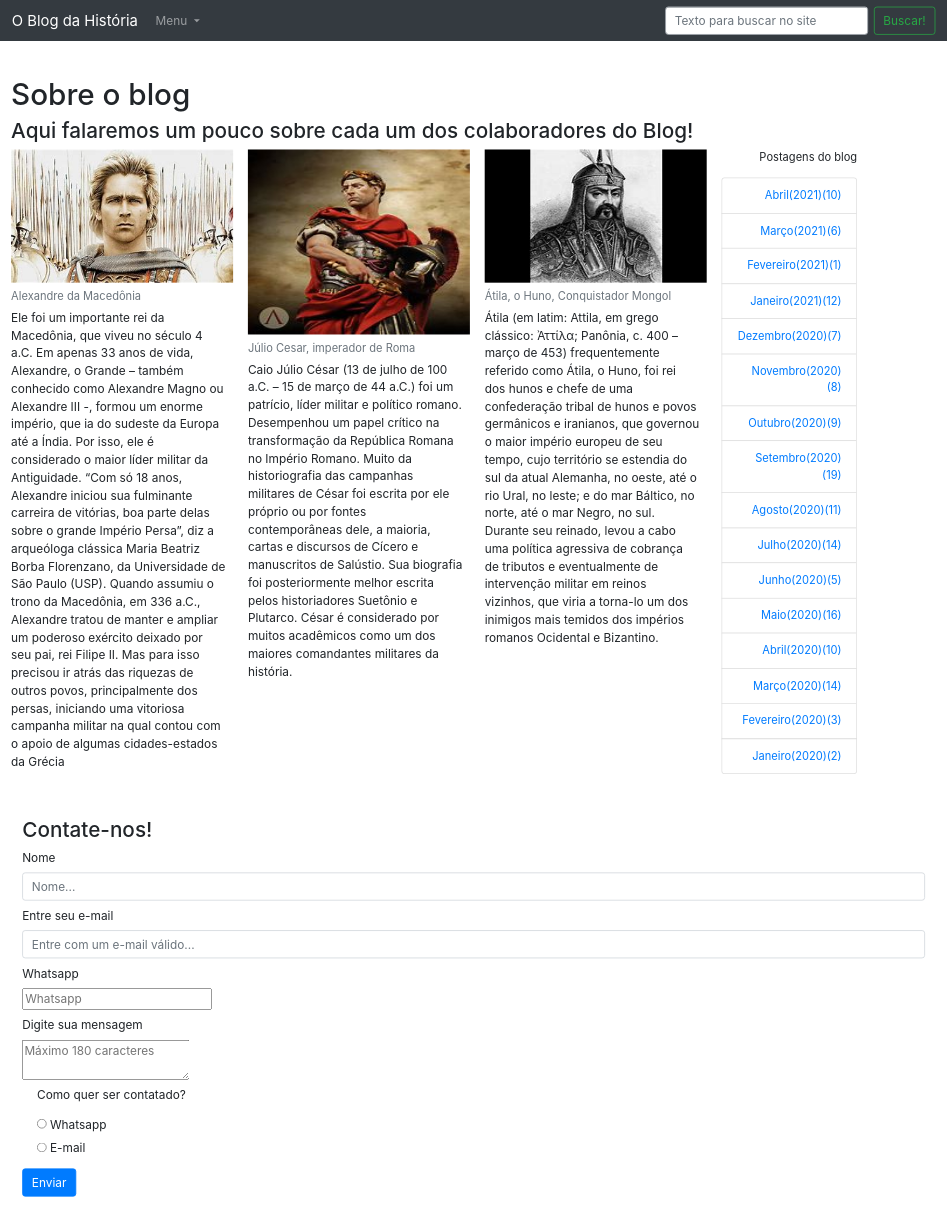
Repository: xhenrique/blog_layout_bootstrap
Page: source/sobre.html
These files come from the project's save history. The page is drawn as it stood at one moment and after the next save; the edit follows.
The browser window is 1280 px wide. The pictures show the whole page, at 74% of full size.

Above is the page before, as saved 2021-04-25 16:48:21.

### source/sobre.html
<!DOCTYPE html>
<html lang="pt-br">
  <head>
    <meta charset="utf-8">
    <!-- Meta tags Obrigatórias , initial-scale=1, shrink-to-fit=no -->

    <meta name="viewport" content="width=device-width">

    <!-- Bootstrap CSS -->
    <link rel="stylesheet" href="https://stackpath.bootstrapcdn.com/bootstrap/4.1.3/css/bootstrap.min.css" integrity="sha384-MCw98/SFnGE8fJT3GXwEOngsV7Zt27NXFoaoApmYm81iuXoPkFOJwJ8ERdknLPMO" crossorigin="anonymous">
    <title>O Blog da História</title>
  </head>
  <body>
    <nav class="navbar navbar-expand-md navbar-dark bg-dark sticky-top">
        <a class = "navbar-brand" href="index.html">O Blog da História</a>

        <!--Especificações do que é cada um dos atributos!!!!!
            "aria-controls": define a relação entre os elementos, um elemento é pai e o outro filho, deve ser definido no pai, relacionando o filho;
            "data-target" : Define o que será exibido quando clicar na opção do menu;
            "data-toggle" : o que vai acontecer quando eu clicar em cima do botão, collapse, por exemplo, faz o botão expandir e retrair as opções;
            "aria-expanded" : Flag para o navegador informando que o elemento não está expandido;
            "aria-label" : é usado para definir uma string na tag do elemento atual.
        -->
        <button title="Menu" class="navbar-toggler" type="button" data-toggle="collapse" data-target="#navbarCfg" aria-controls="navbarCfg">
            <span class="navbar-toggler-icon"></span>
        </button>
        <div class="collapse navbar-collapse" id="navbarCfg">
            <ul class="navbar-nav mr-auto">
                <a class="nav-link dropdown-toggle" href="#" id="navbarDropdown" role="button" data-toggle="dropdown" aria-haspopup="true" aria-expanded="false">
                Menu
                </a>
                <div class="dropdown-menu" aria-labelledby="navbarDropdown">
                <a class="dropdown-item" href="index.html">Início</a>
                <a class="dropdown-item" href="sobre.html">Sobre</a>
                <div class="dropdown-divider"></div>
                <p style="text-align: left; padding-left: 10px;"> Criado por: José Xavier<br/>UFPA - 2021</p>
                </div>
            </ul>
            <form class="form-inline my-2 my-lg-0">
            <input class="form-control mr-sm-2" type="search" placeholder="Texto para buscar no site" aria-label="Search">
            <button class="btn btn-outline-success my-2 my-sm-0" type="submit">Buscar!</button>
            </form>
        </div>
    </nav>

    <div class="container-fluid" id="sobreContainer">
        <div id="sobre_o_blog" class="text-left">
            <br/>
            <br/>
            <h1>Sobre o blog</h1>
            <h3>Aqui falaremos um pouco sobre cada um dos colaboradores do Blog!</h3>
        </div>
        <div class="row d-flex">
            <div class="col-md-3">
                <img class="figure-img" src="../img/alexandre.jpg" alt="Xandão"  style="height: 180px; width: 300px">
                <figcaption class="figure-caption" style="font-size: 15px; margin-bottom: 5px;">
                    Alexandre da Macedônia
                </figcaption>
                <p>Ele foi um importante rei da Macedônia, que viveu no século 4 a.C. Em apenas 33 anos de vida, Alexandre, o Grande – também conhecido como Alexandre Magno ou Alexandre III -, formou um enorme império, que ia do sudeste da Europa até a Índia. Por isso, ele é considerado o maior líder militar da Antiguidade. “Com só 18 anos, Alexandre iniciou sua fulminante carreira de vitórias, boa parte delas sobre o grande Império Persa”, diz a arqueóloga clássica Maria Beatriz Borba Florenzano, da Universidade de São Paulo (USP). Quando assumiu o trono da Macedônia, em 336 a.C., Alexandre tratou de manter e ampliar um poderoso exército deixado por seu pai, rei Filipe II. Mas para isso precisou ir atrás das riquezas de outros povos, principalmente dos persas, iniciando uma vitoriosa campanha militar na qual contou com o apoio de algumas cidades-estados da Grécia</p>
            </div>
            <div class="col-md-3">
                <img class="figure-img" src="../img/th.jfif" alt="imperador" style="height: 250px; width: 300px">
                <figcaption class="figure-caption" style="font-size: 15px; margin-bottom: 5px;">
                    Júlio Cesar, imperador de Roma
                </figcaption>
                <p>Caio Júlio César (13 de julho de 100 a.C. – 15 de março de 44 a.C.) foi um patrício, líder militar e político romano. Desempenhou um papel crítico na transformação da República Romana no Império Romano. Muito da historiografia das campanhas militares de César foi escrita por ele próprio ou por fontes contemporâneas dele, a maioria, cartas e discursos de Cícero e manuscritos de Salústio. Sua biografia foi posteriormente melhor escrita pelos historiadores Suetônio e Plutarco. César é considerado por muitos acadêmicos como um dos maiores comandantes militares da história.</p>
            </div>
            <div class="col-md-3">
                <img class="figure-img" src="../img/atila.jpg" alt="o_huno" style="height: 180px; width: 300px">
                <figcaption class="figure-caption" style="font-size: 15px; margin-bottom: 5px;">
                        Átila, o Huno, Conquistador Mongol
                </figcaption>
                <p>Átila (em latim: Attila, em grego clássico: Ἀττίλα; Panônia, c. 400 – março de 453) frequentemente referido como Átila, o Huno, foi rei dos hunos e chefe de uma confederação tribal de hunos e povos germânicos e iranianos, que governou o maior império europeu de seu tempo, cujo território se estendia do sul da atual Alemanha, no oeste, até o rio Ural, no leste; e do mar Báltico, no norte, até o mar Negro, no sul. Durante seu reinado, levou a cabo uma política agressiva de cobrança de tributos e eventualmente de intervenção militar em reinos vizinhos, que viria a torna-lo um dos inimigos mais temidos dos impérios romanos Ocidental e Bizantino.</p>
            </div>
                <div class="col-md-2">
                    <div class="text-right" style="font-size: 15px;">
                        <p>Postagens do blog</p>
                        <ul class="list-group">
                            <!--Javascript provavelmente entraria aqui, iterando sobre uma lista/matriz e exibindo a quantida de postagens por mês/ano-->
                            <li class="list-group-item"><a href="">Abril(2021)(10)</a></li>
                            <li class="list-group-item"><a href="">Março(2021)(6)</a></li>
                            <li class="list-group-item"><a href="">Fevereiro(2021)(1)</a></li>
                            <li class="list-group-item"><a href="">Janeiro(2021)(12)</a></li>
                            <li class="list-group-item"><a href="">Dezembro(2020)(7)</a></li>
                            <li class="list-group-item"><a href="">Novembro(2020)(8)</a></li>
                            <li class="list-group-item"><a href="">Outubro(2020)(9)</a></li>
                            <li class="list-group-item"><a href="">Setembro(2020)(19)</a></li>
                            <li class="list-group-item"><a href="">Agosto(2020)(11)</a></li>
                            <li class="list-group-item"><a href="">Julho(2020)(14)</a></li>
                            <li class="list-group-item"><a href="">Junho(2020)(5)</a></li>
                            <li class="list-group-item"><a href="">Maio(2020)(16)</a></li>
                            <li class="list-group-item"><a href="">Abril(2020)(10)</a></li>
                            <li class="list-group-item"><a href="">Março(2020)(14)</a></li>
                            <li class="list-group-item"><a href="">Fevereiro(2020)(3)</a></li>
                            <li class="list-group-item"><a href="">Janeiro(2020)(2)</a></li>
                        </ul>
                    </div>
                </div>
        </div>
        <div class="container-fluid" id="contatoContainer">
            <form>
                <br/>
                <br/>

                <h3>
                    Contate-nos!
                </h3>
                <div class="mb-2">
                    <label for="nameInput" class="form-label">Nome</label>
                    <input type="text" placeholder="Nome..." class="form-control" id="nameInput"  required>
                </div>
                <div class="mb-2">
                    <label for="inputEmail" class="form-label">Entre seu e-mail</label>
                    <input type="email" placeholder="Entre com um e-mail válido..." class="form-control" id="inputEmail"  required>
                </div>
                <div class="mb-2">
                    <label for="wppInput" class="form-label">Whatsapp</label>
                    <input type="tel" placeholder="Whatsapp" class="form-inline" id="wppInput">
                </div>
                <div class="mb-2">
                    <label for="msgInput" class="form-label">Digite sua mensagem</label>
                    <textarea type="text" placeholder="Máximo 180 caracteres" maxlength="180" class="form-inline" id="msgInput"></textarea>
                </div>
                <div class="mb-2 form-check">
                    <p>Como quer ser contatado?</p>
                    <input type="radio" id="wpp" name="whatsapp" value="Whatsapp">
                    <label for="wpp">Whatsapp</label><br>
                    <input type="radio" id="e-mail" name="email" value="E-mail">
                    <label for="e-mail">E-mail</label><br>
                </div>
                <button class="btn btn-primary" type="submit" aria-label="btnSubmmit">Enviar</button>
                <br>
                <br>
                <br>
            </form>
        </div>
    </div>


    <!-- JavaScript (Opcional) -->
    <!-- jQuery primeiro, depois Popper.js, depois Bootstrap JS -->
    <script src="https://code.jquery.com/jquery-3.3.1.slim.min.js" integrity="sha384-q8i/X+965DzO0rT7abK41JStQIAqVgRVzpbzo5smXKp4YfRvH+8abtTE1Pi6jizo" crossorigin="anonymous"></script>
    <script src="https://cdnjs.cloudflare.com/ajax/libs/popper.js/1.14.3/umd/popper.min.js" integrity="sha384-ZMP7rVo3mIykV+2+9J3UJ46jBk0WLaUAdn689aCwoqbBJiSnjAK/l8WvCWPIPm49" crossorigin="anonymous"></script>
    <script src="https://stackpath.bootstrapcdn.com/bootstrap/4.1.3/js/bootstrap.min.js" integrity="sha384-ChfqqxuZUCnJSK3+MXmPNIyE6ZbWh2IMqE241rYiqJxyMiZ6OW/JmZQ5stwEULTy" crossorigin="anonymous"></script>
  </body>
</html>

After the next save:
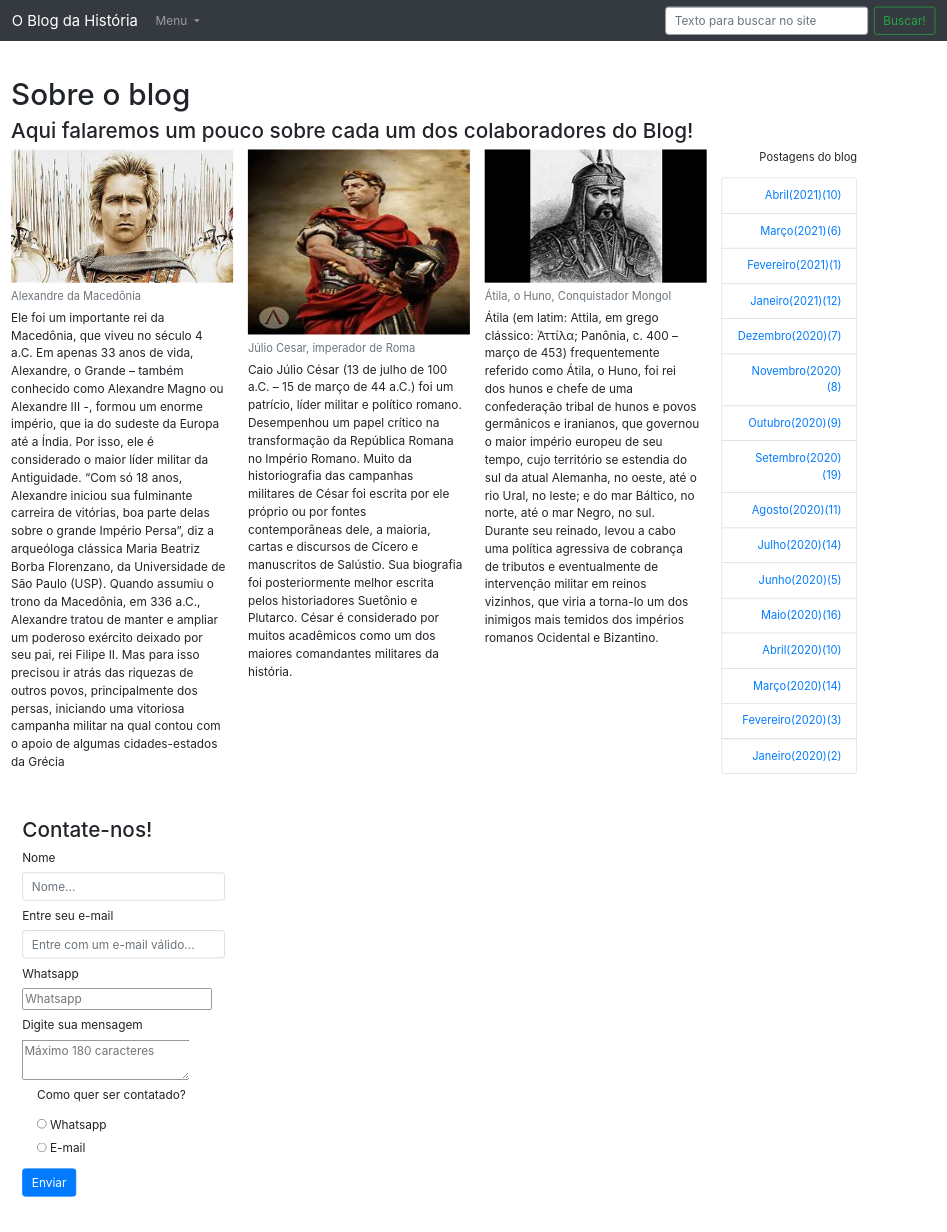
Saved 3 min 3 s later.
--- a/source/sobre.html
+++ b/source/sobre.html
@@ -98,41 +98,45 @@
                 </div>
         </div>
         <div class="container-fluid" id="contatoContainer">
-            <form>
-                <br/>
-                <br/>
+            <div class="row d-flex">
+                <form>
+                    <div class="col">
+                        <br/>
+                        <br/>
 
-                <h3>
-                    Contate-nos!
-                </h3>
-                <div class="mb-2">
-                    <label for="nameInput" class="form-label">Nome</label>
-                    <input type="text" placeholder="Nome..." class="form-control" id="nameInput"  required>
-                </div>
-                <div class="mb-2">
-                    <label for="inputEmail" class="form-label">Entre seu e-mail</label>
-                    <input type="email" placeholder="Entre com um e-mail válido..." class="form-control" id="inputEmail"  required>
-                </div>
-                <div class="mb-2">
-                    <label for="wppInput" class="form-label">Whatsapp</label>
-                    <input type="tel" placeholder="Whatsapp" class="form-inline" id="wppInput">
-                </div>
-                <div class="mb-2">
-                    <label for="msgInput" class="form-label">Digite sua mensagem</label>
-                    <textarea type="text" placeholder="Máximo 180 caracteres" maxlength="180" class="form-inline" id="msgInput"></textarea>
-                </div>
-                <div class="mb-2 form-check">
-                    <p>Como quer ser contatado?</p>
-                    <input type="radio" id="wpp" name="whatsapp" value="Whatsapp">
-                    <label for="wpp">Whatsapp</label><br>
-                    <input type="radio" id="e-mail" name="email" value="E-mail">
-                    <label for="e-mail">E-mail</label><br>
-                </div>
-                <button class="btn btn-primary" type="submit" aria-label="btnSubmmit">Enviar</button>
-                <br>
-                <br>
-                <br>
-            </form>
+                        <h3>
+                            Contate-nos!
+                        </h3>
+                        <div class="mb-2">
+                            <label for="nameInput" class="form-label">Nome</label>
+                            <input type="text" placeholder="Nome..." class="form-control" id="nameInput"  required>
+                        </div>
+                        <div class="mb-2">
+                            <label for="inputEmail" class="form-label">Entre seu e-mail</label>
+                            <input type="email" placeholder="Entre com um e-mail válido..." class="form-control" id="inputEmail"  required>
+                        </div>
+                        <div class="mb-2">
+                            <label for="wppInput" class="form-label">Whatsapp</label>
+                            <input type="tel" placeholder="Whatsapp" class="form-inline" id="wppInput">
+                        </div>
+                        <div class="mb-2">
+                            <label for="msgInput" class="form-label">Digite sua mensagem</label>
+                            <textarea type="text" placeholder="Máximo 180 caracteres" maxlength="180" class="form-inline" id="msgInput"></textarea>
+                        </div>
+                        <div class="mb-2 form-check">
+                            <p>Como quer ser contatado?</p>
+                            <input type="radio" id="wpp" name="whatsapp" value="Whatsapp">
+                            <label for="wpp">Whatsapp</label><br>
+                            <input type="radio" id="e-mail" name="email" value="E-mail">
+                            <label for="e-mail">E-mail</label><br>
+                        </div>
+                        <button class="btn btn-primary" type="submit" aria-label="btnSubmmit">Enviar</button>
+                        <br>
+                        <br>
+                        <br>
+                    </div>
+                </form>
+            </div>
         </div>
     </div>
 
